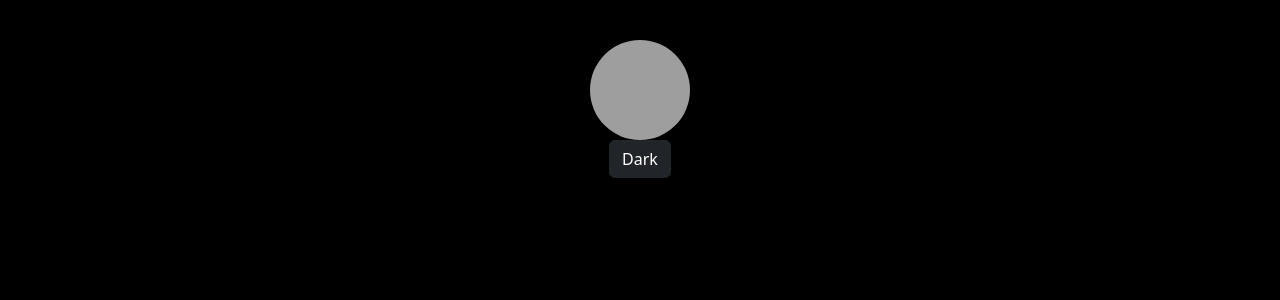
Repository: noahcallen/LAB-link-in-bio
Page: index.html
These files come from the project's save history. The page is drawn as it stood at one moment and after the next save; the edit follows.
The browser window is 1280 px wide. The pictures show the whole page.
Pictures or frames that could not be fetched are drawn as grey boxes.

Above is the page before, as saved 2024-07-13 12:59:26.

After the next save:
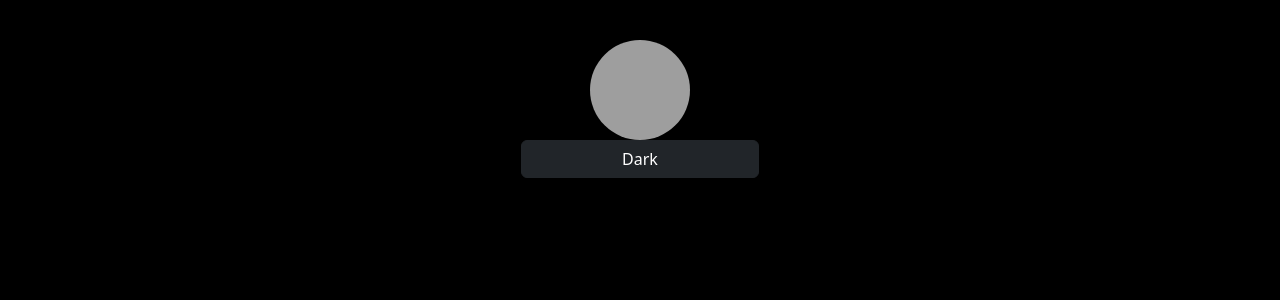
Saved 37 s later.
--- a/main.css
+++ b/main.css
@@ -17,6 +17,6 @@ body {
 .btn {
   display: flex;
   justify-content: center;
-  padding: left 100px;
-  padding: right 100px;
+  padding-left: 100px;
+  padding-right: 100px;
 }
